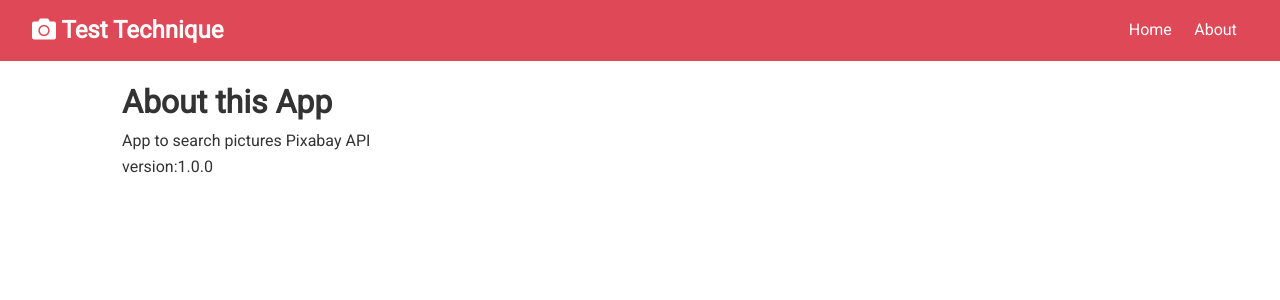
Repository: bafode/test-technique
Page: /about
An editor plug-in stored every save of this project. The page is shown before and after the next save, followed by the edit.
The browser window is 1280 px wide. The pictures show the whole page.
The page's requests for data from a server got no answer. Some web libraries are served in a nearby version. The project was rebuilt for these pictures with package versions that can differ from the ones it lists, and the page was loaded fresh each time. No one was signed in, and anything a server would have sent is missing. Also part of the build but not shown: src/components/layout/Alert.js, src/components/pictures/PictureItem.js, src/components/layout/Spinner.js, src/components/pictures/Pictures.js, src/components/pictures/Search.js.

Above is the page before, as saved 2023-06-17 05:42:43.

After the next save:
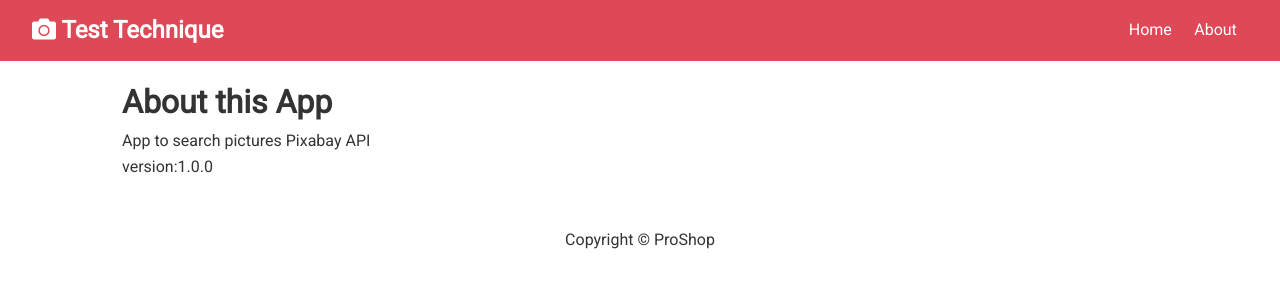
Saved 104 s later.
--- a/src/components/pages/About.js
+++ b/src/components/pages/About.js
@@ -6,6 +6,7 @@ function About() {
         <h1>About this App</h1>
         <p>App to search pictures Pixabay API</p>
         <p>version:1.0.0</p>
+        <div className='text-center py-3'>Copyright &copy; ProShop</div>
      </Fragment>
   )
 }
